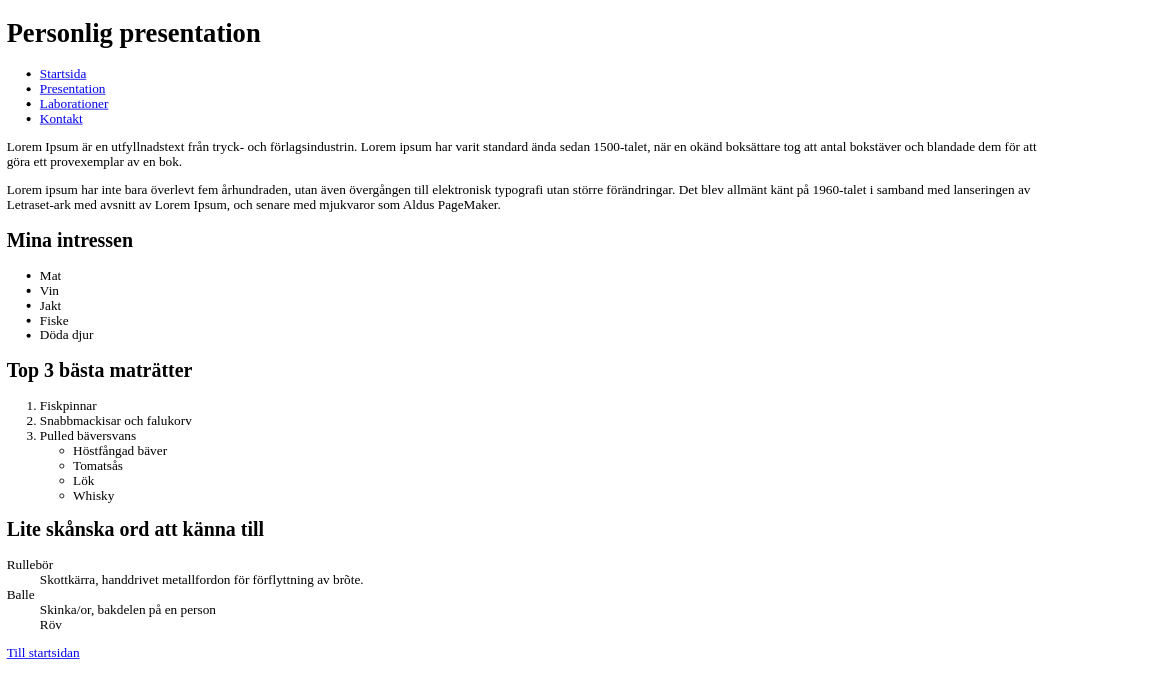
Repository: henriklideberg/labs
Page: pages/presentation.html
The author's editor kept a record of every edit. The page is drawn from the files as they stood at one moment, then again after the next edit.
The browser window is 1280 px wide. The page is 1280 px wide, then 1408 px, so the pictures cover 1408 px, including what lies to the right of the window. The pictures show the whole page, at 83% of full size.

Above is the page before.

After the next edit:
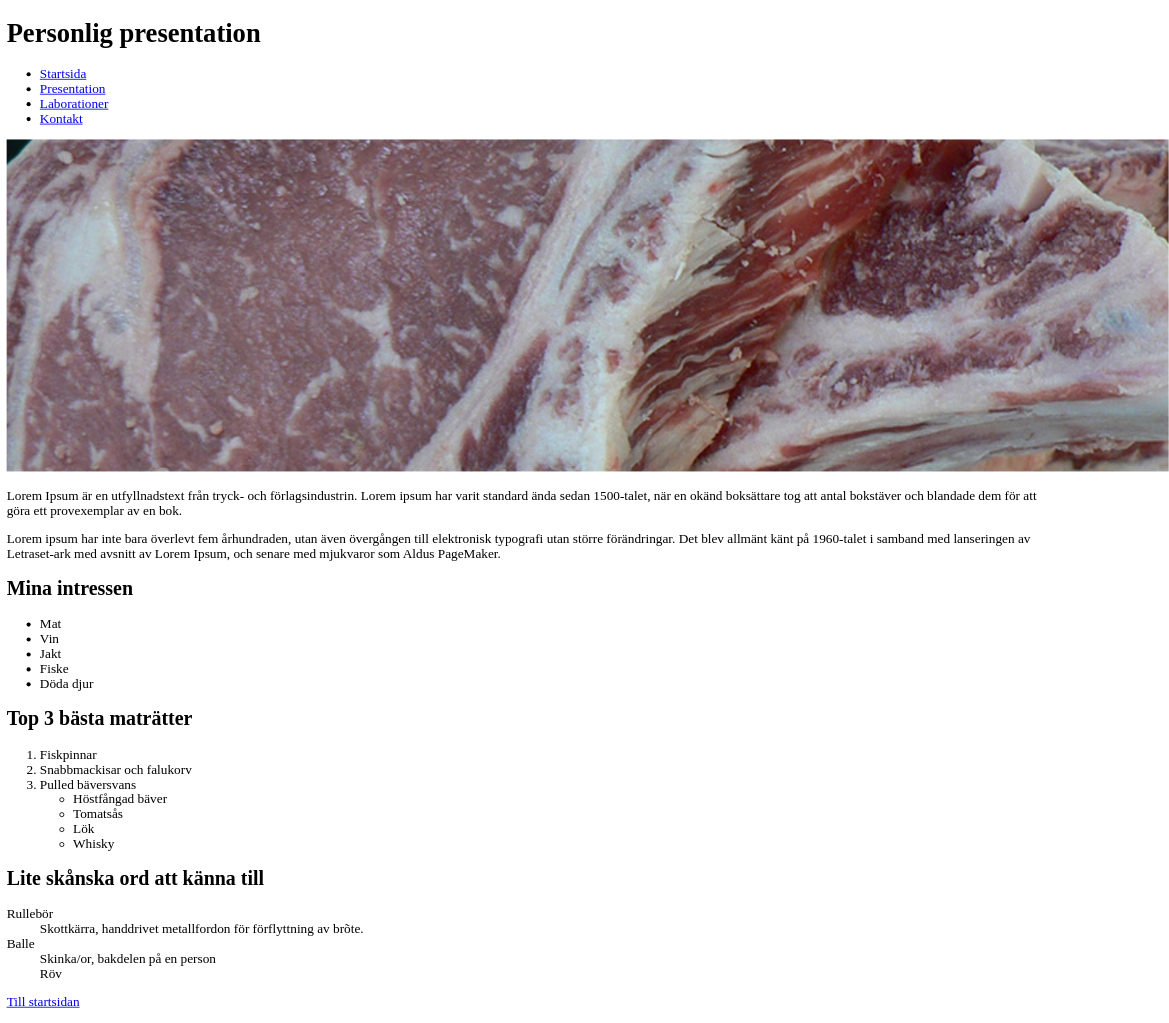
The edit:
--- a/pages/presentation.html
+++ b/pages/presentation.html
@@ -12,6 +12,8 @@
             <li><a href="laborationer.html">Laborationer</a></li>
             <li><a href="kontakt.html">Kontakt</a></li>
         </ul>
+
+        <img src="../img/ribeye-1400-400.jpg" alt"En lite köttigare bild" width="1400" height="400" id="presentationsbild" />
         <p>Lorem Ipsum är en utfyllnadstext från tryck- och förlagsindustrin. Lorem ipsum har varit standard ända sedan 1500-talet, när en okänd boksättare tog att antal bokstäver och blandade dem för att göra ett provexemplar av en bok.</p>
 
         <p>Lorem ipsum har inte bara överlevt fem århundraden, utan även övergången till elektronisk typografi utan större förändringar. Det blev allmänt känt på 1960-talet i samband med lanseringen av Letraset-ark med avsnitt av Lorem Ipsum, och senare med mjukvaror som Aldus PageMaker.</p>
